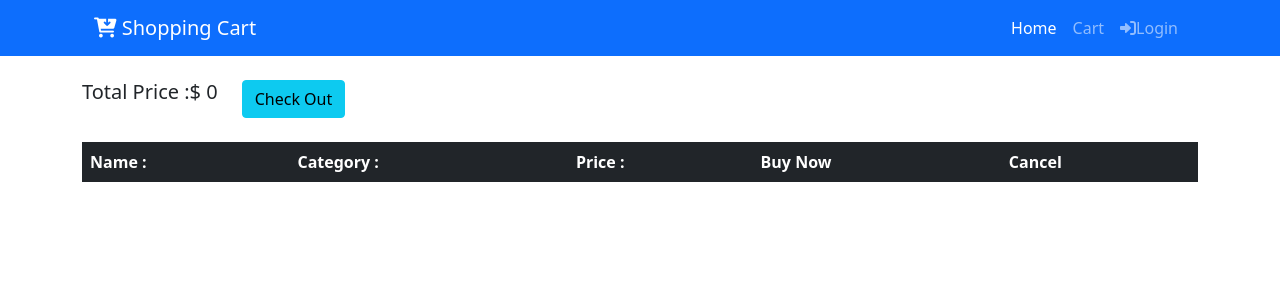
Repository: Min-MinPhyo/java-servlet-ecommerce-project
Page: http://localhost/E-Commerence/cart.jsp
An editor plug-in stored every save of this project. The page is shown before and after the next save, followed by the edit.
The browser window is 1280 px wide. The pictures show the whole page.
Some web libraries are served in a nearby version. The page is served by Tomcat 9. Other server files are loaded and not shown.

Above is the page before, as saved 2022-10-05 11:28:43.

### E-Commerence/src/main/webapp/cart.jsp
<%@page import="com.model.*"%>
<%@page import="java.util.*"%>
<%@page import="com.dao.*"%>
<%@page import="com.db.*"%>
<%@page import="java.text.DecimalFormat"%>
<%@ page language="java" contentType="text/html; charset=UTF-8"
	pageEncoding="UTF-8"%>

<%
DecimalFormat d = new DecimalFormat("#.##");
request.setAttribute("deci", d);

User auth = (User) request.getSession().getAttribute("auth");

if (auth != null) {
	request.setAttribute("auth", auth);

}

ArrayList<Cart> cart_list = (ArrayList<Cart>) session.getAttribute("cart-list");

List<Cart> cartProduct = null;

if (cart_list != null) {
	ProductDao pDao = new ProductDao(dbConnect.getConnection());
	cartProduct = pDao.getCartProducts(cart_list);

	double total = pDao.getCartTotal(cartProduct);

	request.setAttribute("cart_list", cart_list);
	request.setAttribute("total", total);
}
%>
<!DOCTYPE html>
<html>
<head>
<meta charset="UTF-8">
<title>Cart Page</title>

<style type="text/css">
.table tbody td {
	vertical-align: middle;
}

.btn-incre, .btn-decre {
	box-shodow: none;
	font-size: 20px;
}
</style>
<%@include file="includes/header.jsp"%>
</head>
<body>
	<%@include file="includes/navbar.jsp"%>

	<div class="container">
		<div class="d-flex py-4">
			<h5>Total Price :$ ${(total >0)?deci.format(total):0 }</h5>
			<a href="checkOut" class="mx-4 btn btn-info">Check Out</a>
		</div>

		<!-- <table class="table table-dark table-striped">  -->
	<!-- table class="table table-success table-striped"> -->
	<table class="table table-dark table-striped">
			<thead class="thead-dark">

				<tr>
					<th>Name :</th>
					<th>Category :</th>
					<th>Price :</th>
					<th>Buy Now</th>
					<th>Cancel</th>
				</tr>

			</thead>

			<tbody>





				<%
				if (cart_list != null) {

					for (Cart c : cartProduct) {
				%>
				<tr class="table-secondary">


					<td><%=c.getName()%></td>
					<td><%=c.getCategory()%></td>
					<td>$<%=c.getPrice()%></td>
					<td>
						<form action="orderNow" method="post" class="form-inline ">

							<input type="hidden" name="id" value="<%=c.getId()%>"
								class="form-input">

							<div class="form-group d-flex justify-content-center w-75 mx-2">

								<a class="btn btn-info  btn-sm btn-incre pr-2 mx-2"
									href="cartIncDec?action=inc&id=<%=c.getId()%>"> <i
									class="fa-solid fa-plus"></i></a>

									 <input type="text"
									name="quantity" class="form-control"
									value="<%=c.getQuantity()%>" readonly>

									 <a
									class="btn btn-danger btn-sm btn-decre mx-2"
									href="cartIncDec?action=dec&id=<%=c.getId()%>"> <i
									class="fa-solid fa-minus"></i></a>



								<button class="btn btn-sm btn-secondary mr-2">Buy</button>


							</div>



						</form>


					</td>

					<td><a class="btn btn-sm btn-danger"
						href="removeFromCart?id=<%=c.getId()%>">Remove</a></td>


				</tr>






				<%
				}
				}
				%>

			</tbody>



		</table>


	</div>

</body>
</html>

### E-Commerence/src/main/webapp/includes/header.jsp
<link
	href="https://cdn.jsdelivr.net/npm/bootstrap@5.0.2/dist/css/bootstrap.min.css"
	rel="stylesheet"
	integrity="sha384-EVSTQN3/azprG1Anm3QDgpJLIm9Nao0Yz1ztcQTwFspd3yD65VohhpuuCOmLASjC"
	crossorigin="anonymous">

<link rel="stylesheet"
	href="https://cdnjs.cloudflare.com/ajax/libs/font-awesome/6.0.0-beta3/css/all.min.css"
	integrity="sha512-Fo3rlrZj/k7ujTnHg4CGR2D7kSs0v4LLanw2qksYuRlEzO+tcaEPQogQ0KaoGN26/zrn20ImR1DfuLWnOo7aBA=="
	crossorigin="anonymous" referrerpolicy="no-referrer" />


	<link rel="stylesheet"
	href="	https://cdnjs.cloudflare.com/ajax/libs/font-awesome/6.2.0/css/all.min.css"
	integrity="sha512-Fo3rlrZj/k7ujTnHg4CGR2D7kSs0v4LLanw2qksYuRlEzO+tcaEPQogQ0KaoGN26/zrn20ImR1DfuLWnOo7aBA=="
	crossorigin="anonymous" referrerpolicy="no-referrer" />


<script
	src="https://cdn.jsdelivr.net/npm/bootstrap@5.0.2/dist/js/bootstrap.bundle.min.js"
	integrity="sha384-MrcW6ZMFYlzcLA8Nl+NtUVF0sA7MsXsP1UyJoMp4YLEuNSfAP+JcXn/tWtIaxVXM"
	crossorigin="anonymous"></script>



	<script src="https://cdn.jsdelivr.net/npm/@popperjs/core@2.10.2/dist/umd/popper.min.js" integrity="sha384-7+zCNj/IqJ95wo16oMtfsKbZ9ccEh31eOz1HGyDuCQ6wgnyJNSYdrPa03rtR1zdB" crossorigin="anonymous"></script>
<script src="https://cdn.jsdelivr.net/npm/bootstrap@5.1.3/dist/js/bootstrap.min.js" integrity="sha384-QJHtvGhmr9XOIpI6YVutG+2QOK9T+ZnN4kzFN1RtK3zEFEIsxhlmWl5/YESvpZ13" crossorigin="anonymous"></script>

<script
	src="https://cdnjs.cloudflare.com/ajax/libs/font-awesome/6.2.0/js/brands.min.js"
	integrity="sha384-MrcW6ZMFYlzcLA8Nl+NtUVF0sA7MsXsP1UyJoMp4YLEuNSfAP+JcXn/tWtIaxVXM"
	crossorigin="anonymous"></script>





<!-- <link
	href="https://cdn.jsdelivr.net/npm/bootstrap@5.0.2/dist/css/bootstrap.min.css"
	rel="stylesheet"
	integrity="sha384-EVSTQN3/azprG1Anm3QDgpJLIm9Nao0Yz1ztcQTwFspd3yD65VohhpuuCOmLASjC"
	crossorigin="anonymous">

<link rel="stylesheet"
	href="https://cdnjs.cloudflare.com/ajax/libs/font-awesome/6.0.0-beta3/css/all.min.css"
	integrity="sha512-Fo3rlrZj/k7ujTnHg4CGR2D7kSs0v4LLanw2qksYuRlEzO+tcaEPQogQ0KaoGN26/zrn20ImR1DfuLWnOo7aBA=="
	crossorigin="anonymous" referrerpolicy="no-referrer" />

<script
	src="https://cdn.jsdelivr.net/npm/bootstrap@5.0.2/dist/js/bootstrap.bundle.min.js"
	integrity="sha384-MrcW6ZMFYlzcLA8Nl+NtUVF0sA7MsXsP1UyJoMp4YLEuNSfAP+JcXn/tWtIaxVXM"
	crossorigin="anonymous"></script> -->

### E-Commerence/src/main/webapp/includes/navbar.jsp

<div class="container-fluid bg-primary">

<div class="row">


<div class="container">
<div class="row">

<div class="col-12">



<nav class="navbar navbar-expand-lg navbar-dark">
	<div class="container">
		<a class="navbar-brand" href="index.jsp"><i class="fa-solid fa-cart-arrow-down"></i>
		Shopping Cart</a>
		<button class="navbar-toggler" type="button" data-bs-toggle="collapse"
			data-bs-target="#navbarSupportedContent"
			aria-controls="navbarSupportedContent" aria-expanded="false"
			aria-label="Toggle navigation">
			<span class="navbar-toggler-icon"></span>
		</button>

		<div class="collapse navbar-collapse justify-content-end" id="navbarSupportedContent">

			<!--      <ul class="navbar-nav "> -->


			<ul class="navbar-nav">


				<li class="nav-item"><a class="nav-link active"
					href="index.jsp">Home</a></li>


				<li class="nav-item"><a class="nav-link" href="cart.jsp">Cart<span class="badge bg-success">${cart_list.size()}</span></a></li>



				<%
				if (auth != null) {
				%>



				<li class="nav-item"><a class="nav-link" href="orders.jsp">Order</a>
				</li>

				<li class="nav-item"><a class="nav-link" href="userLogout">Logout</a>
				</li>


				<%
				} else {
				%>




				<li class="nav-item"><a class="nav-link" href="login.jsp"><i class="fa-solid fa-right-to-bracket"></i>Login</a>
				</li>

				<%
				}
				%>




			</ul>


		</div>


	</div>
</nav>
</div>

</div>




</div>
</div>





</div>

After the next save:
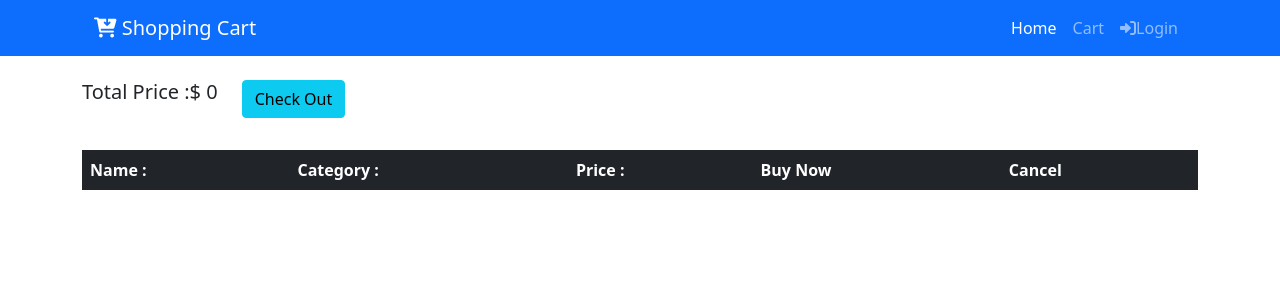
Saved 35 s later.
--- a/E-Commerence/src/main/webapp/cart.jsp
+++ b/E-Commerence/src/main/webapp/cart.jsp
@@ -55,7 +55,7 @@
 	<div class="container">
 		<div class="d-flex py-4">
 			<h5>Total Price :$ ${(total >0)?deci.format(total):0 }</h5>
-			<a href="checkOut" class="mx-4 btn btn-info">Check Out</a>
+			<a href="checkOut" class="mx-4 btn btn-info mb-2">Check Out</a>
 		</div>
 
 		<!-- <table class="table table-dark table-striped">  -->
